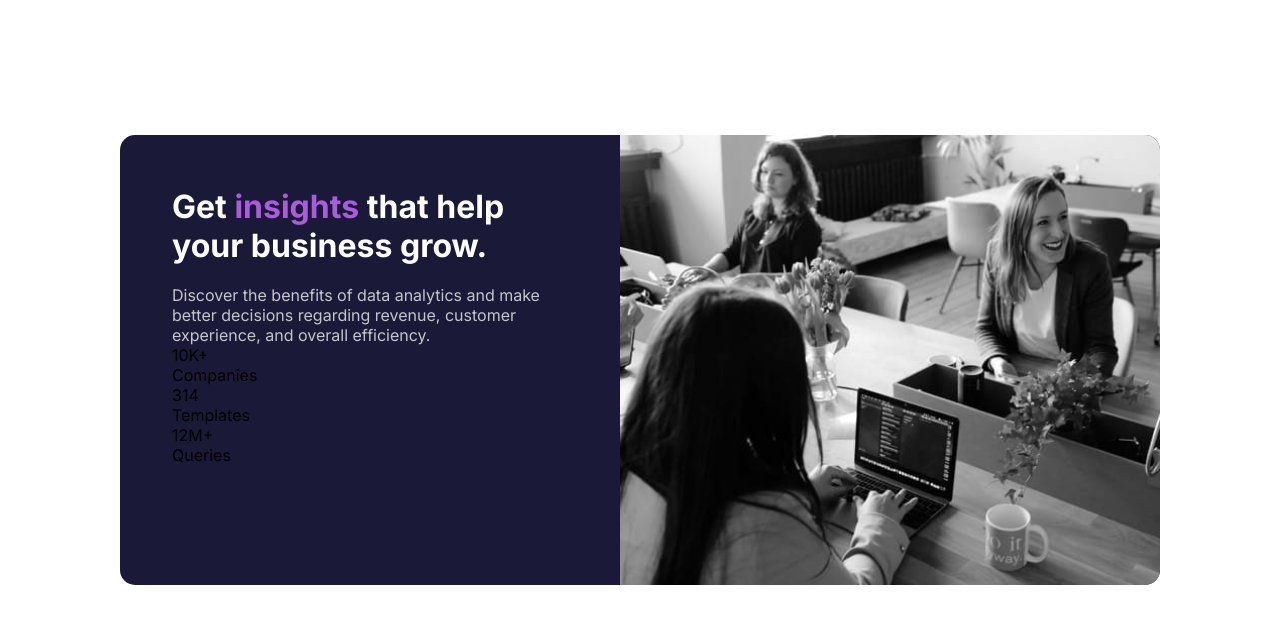
Repository: keisewarsame/stats-preview-frontendmentor
Page: index.html
These files come from the project's save history. The page is drawn as it stood at one moment and after the next save; the edit follows.
The browser window is 1280 px wide. The pictures show the whole page.

Above is the page before, as saved 2022-07-12 12:58:13.

### index.html
<!DOCTYPE html>
<html lang="en">
<head>
  <meta charset="UTF-8">
  <meta name="viewport" content="width=device-width, initial-scale=1.0"> <!-- displays site properly based on user's device -->
  <link rel="icon" type="image/png" sizes="32x32" href="./images/favicon-32x32.png">
  <link rel="stylesheet" href="styles.css">
  <title>Frontend Mentor | Stats preview card component</title>
</head>
<body>
    <div class="container">
        <div class="wrapper">
            <div class="text-component">
                <h1 class="title">Get <span>insights</span> that help your business grow.</h1>
                <p class="subtitle">Discover the benefits of data analytics and make better decisions regarding revenue, customer experience, and overall efficiency.</p>
                <div class="stats-component">
                    <div>
                        <p class="num">10K+</p>
                        <p>Companies</p>
                    </div>
                    <div>
                        <p class="num">314</p>
                        <p>Templates</p>
                    </div>
                    <div>
                        <p class="num">12M+</p>
                        <p>Queries</p>
                    </div>
                </div>
            </div>
            <div class="image-component">
                <img src="/images/image-header-desktop.jpg" alt="">
            </div>
        </div>
    </div>
</body>
</html>

### styles.css
@import url('https://fonts.googleapis.com/css2?family=Inter:wght@400;700&family=Lexend+Deca&display=swap');

* {
    margin: 0;
    padding: 0;
}

body {
    display: flex;
    align-items: center;
    min-height: 100vh;
}

.container {
    margin: 0 auto;
    max-width: 1040px;
}

.wrapper {
    background-color: hsl(244, 38%, 16%);
    display: flex;
    border-radius: 15px;
    overflow: hidden;
}

.text-component {
    padding: 5%;
    font-family: 'Inter', sans-serif;
}

.title {
    color: hsl(0, 0%, 100%);
    margin-bottom: 20px;
}

.title span {
    color: hsl(277, 64%, 61%)
}

.subtitle {
    color: hsla(0, 0%, 100%, 0.75);
}

.stats-component {
    color:
}






img {
    height: 100%;
}

After the next save:
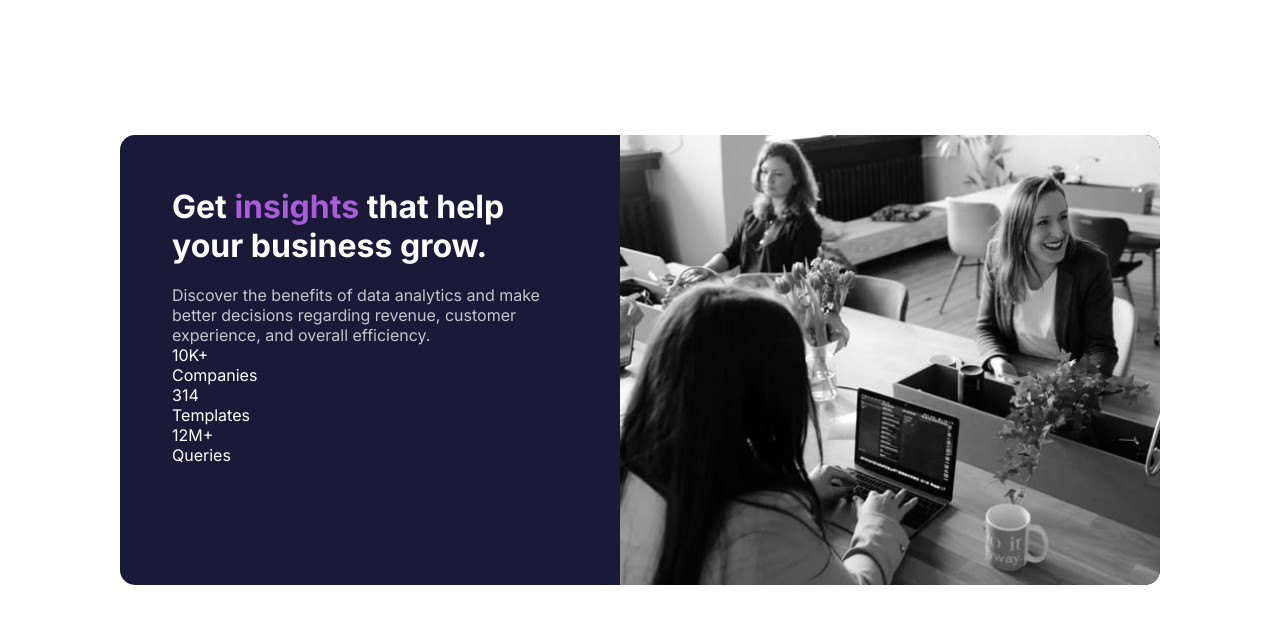
Saved 5 s later.
--- a/styles.css
+++ b/styles.css
@@ -42,7 +42,7 @@ body {
 }
 
 .stats-component {
-    color:
+    color:hsl(0, 0%, 100%);
 }
 
 

After the 2 saves that followed:
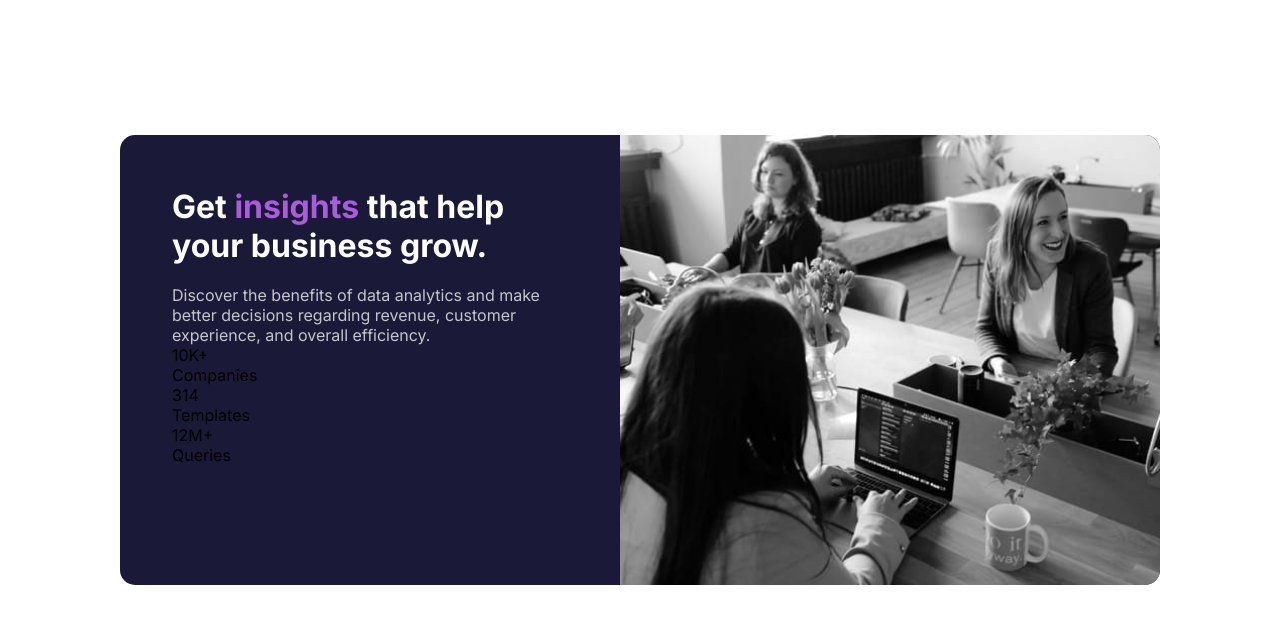
The 2 saves are shown as one change because they came seconds apart.
The last was saved 9 s later.
--- a/styles.css
+++ b/styles.css
@@ -42,7 +42,7 @@ body {
 }
 
 .stats-component {
-    color:hsl(0, 0%, 100%);
+    color:
 }
 
 
